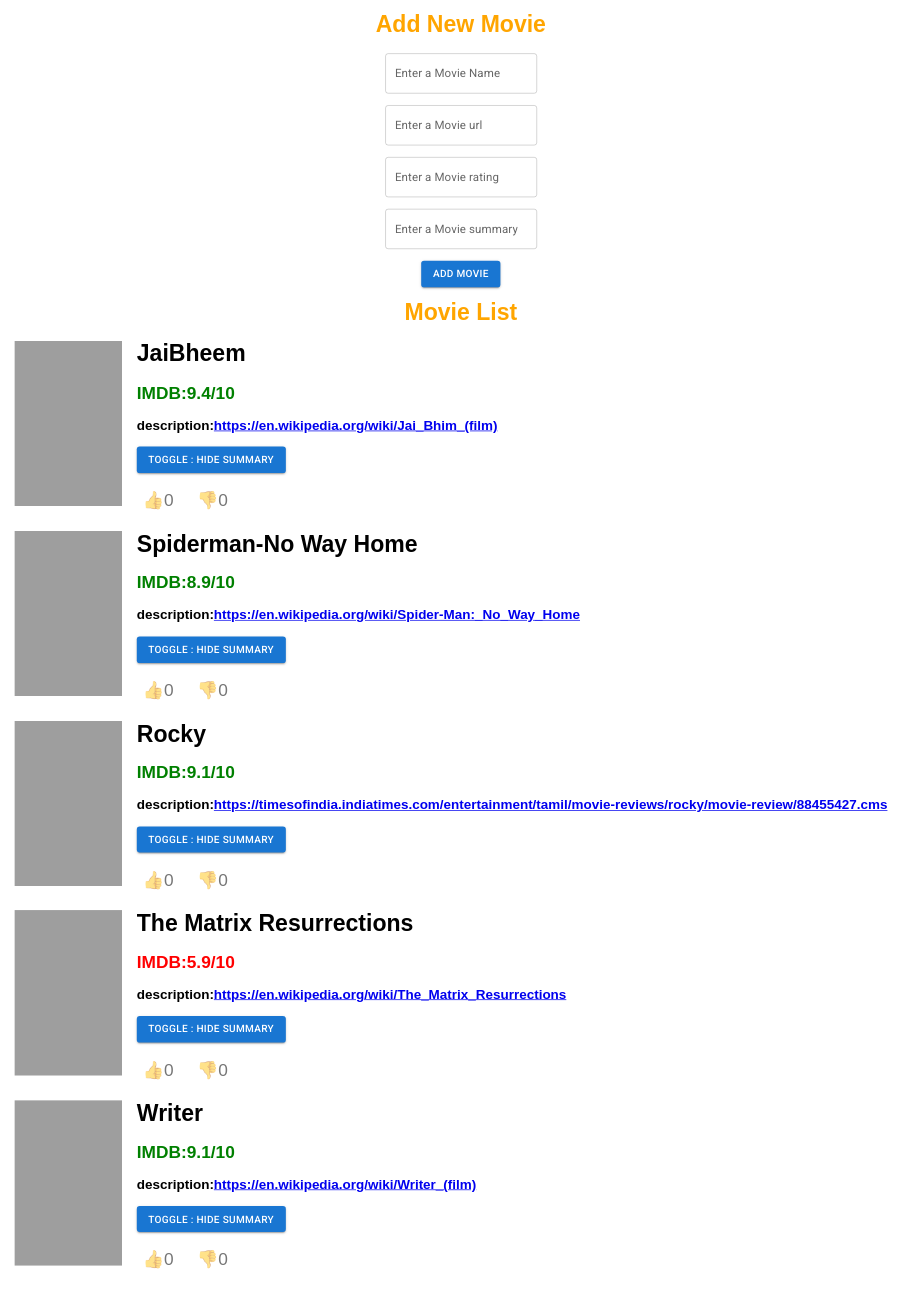
Repository: baladhinesh18/first-app
Page: /AddColor
These files come from the project's save history. The page is drawn as it stood at one moment and after the next save; the edit follows.
The browser window is 1280 px wide. The pictures show the whole page, at 72% of full size.
Pictures or frames that could not be fetched are drawn as grey boxes. The project was rebuilt for these pictures with package versions that can differ from the ones it lists, and the page was loaded fresh each time.

Above is the page before, as saved 2022-01-28 17:59:43.

After the next save:
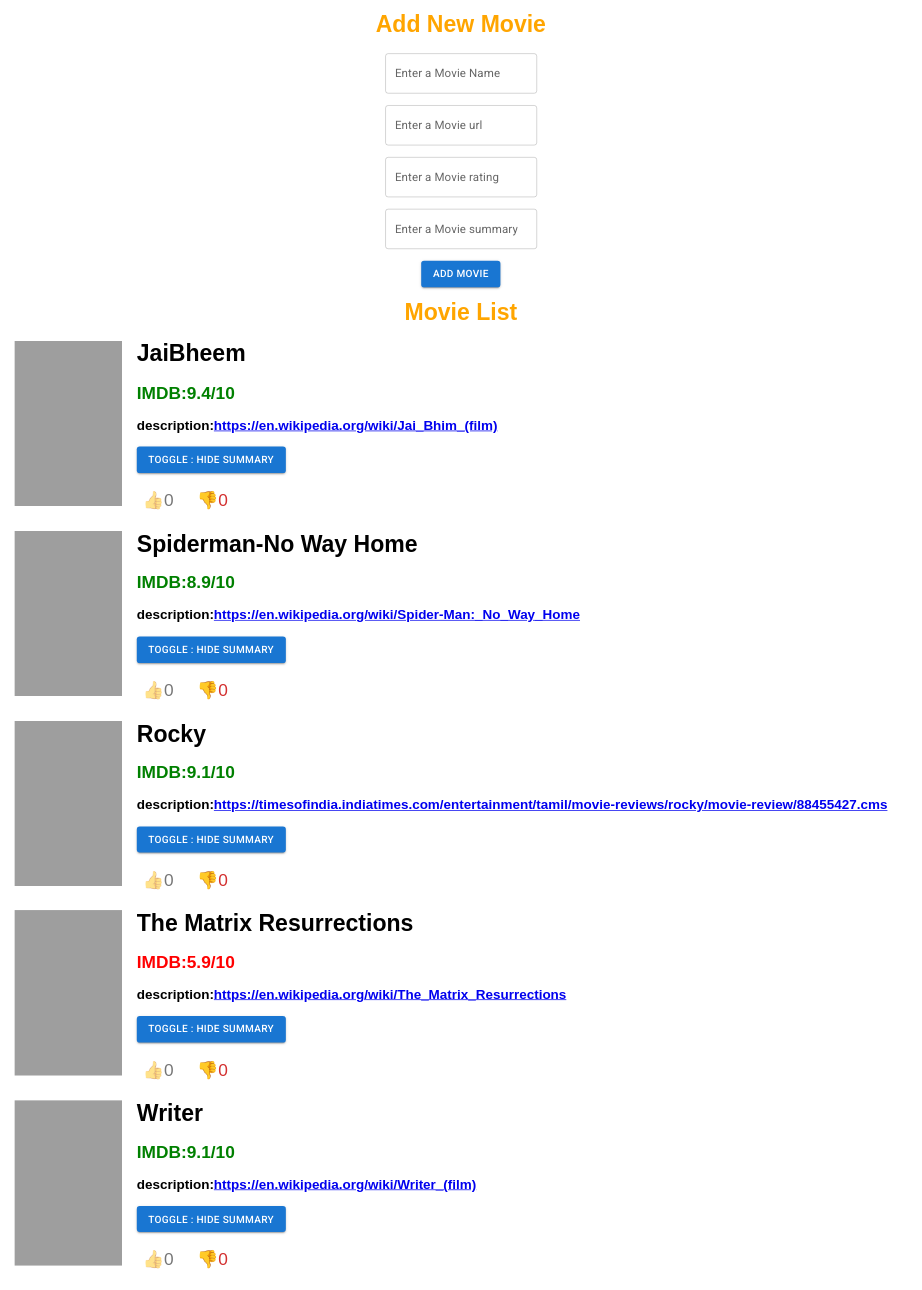
Saved 86 s later.
--- a/src/App.js
+++ b/src/App.js
@@ -79,8 +79,8 @@
 const marr={margin:'0 1rem 0 0 ',color:"primary"}
 return(
   <div className="vacls">
-  <IconButton onClick={()=>setLike(like+1)}   variant="outlined" style={marr}>👍{like}</IconButton>
-  <IconButton onClick={()=>setDislike(dislike+1)}   variant="outlined" style={{color:"error"}} >👎{dislike}</IconButton>
+  <IconButton onClick={()=>setLike(like+1)}    style={marr}>👍{like}</IconButton>
+  <IconButton onClick={()=>setDislike(dislike+1)}   color="error">👎{dislike}</IconButton>
   {/* <h1>{like}</h1> */}
   </div>
 )}
